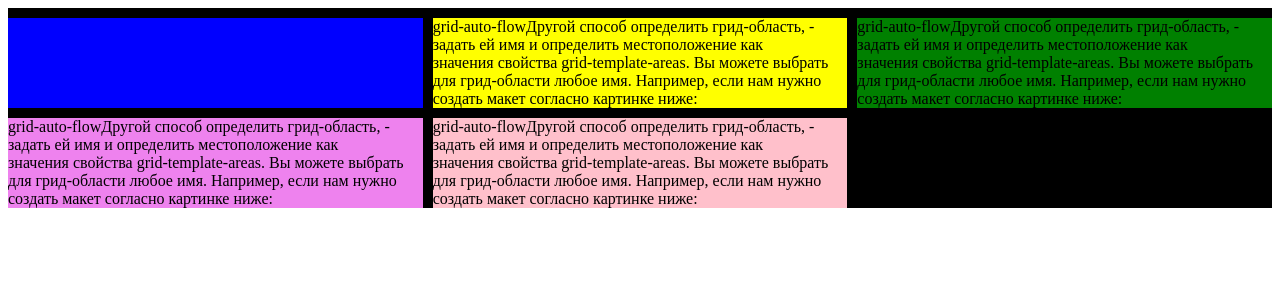
Repository: IrinaGetmanenko/week6
Page: tables.html
These files come from the project's save history. The page is drawn as it stood at one moment and after the next save; the edit follows.
The browser window is 1280 px wide. The pictures show the whole page.

Above is the page before, as saved 2022-09-02 12:11:59.

### tables.html
<!DOCTYPE html>
<html lang="en">
<head>
    <meta charset="UTF-8">
    <meta http-equiv="X-UA-Compatible" content="IE=edge">
    <meta name="viewport" content="width=device-width, initial-scale=1.0">
    <title>Document</title>
</head>
<style>

.grid {
  display: grid;
  grid-template-columns: 1fr 1fr 1fr;
  grid-template-rows: min-content max-content max-content;
  gap: 10px;
  background-color: black;
}

.grid-item1 {
    background-color: red;
    grid-column-start: 3;

}
.grid-item2 {
    background-color: blue;
}
.grid-item3 {
    background-color: yellow;

}
.grid-item4 {
    background-color: green;
}
.grid-item5 {
    background-color: violet;
}
.grid-item6 {
    background-color: pink;

</style>
<body>
        <div class="grid">
        <div class="grid-item grid-item1"></div>
        <div class="grid-item grid-item2"></div>
        <div class="grid-item grid-item3">grid-auto-flowДругой способ определить грид-область, - задать ей имя и определить местоположение как значения свойства grid-template-areas. Вы можете выбрать для грид-области любое имя. Например, если нам нужно создать макет согласно картинке ниже:</div>
        <div class="grid-item grid-item4">grid-auto-flowДругой способ определить грид-область, - задать ей имя и определить местоположение как значения свойства grid-template-areas. Вы можете выбрать для грид-области любое имя. Например, если нам нужно создать макет согласно картинке ниже:</div>
        <div class="grid-item grid-item5">grid-auto-flowДругой способ определить грид-область, - задать ей имя и определить местоположение как значения свойства grid-template-areas. Вы можете выбрать для грид-области любое имя. Например, если нам нужно создать макет согласно картинке ниже:</div>
        <div class="grid-item grid-item6">grid-auto-flowДругой способ определить грид-область, - задать ей имя и определить местоположение как значения свойства grid-template-areas. Вы можете выбрать для грид-области любое имя. Например, если нам нужно создать макет согласно картинке ниже:</div>
      </div>
</body>
</html>

After the next save:
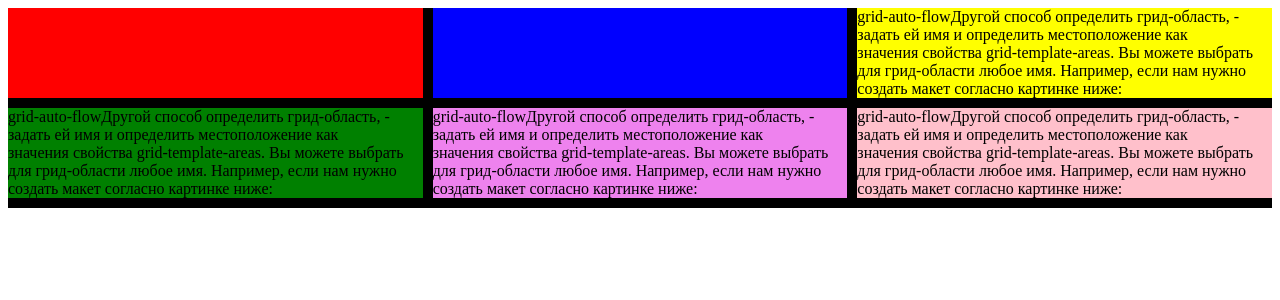
Saved 25 s later.
--- a/tables.html
+++ b/tables.html
@@ -18,7 +18,7 @@
 
 .grid-item1 {
     background-color: red;
-    grid-column-start: 3;
+    ;
 
 }
 .grid-item2 {
